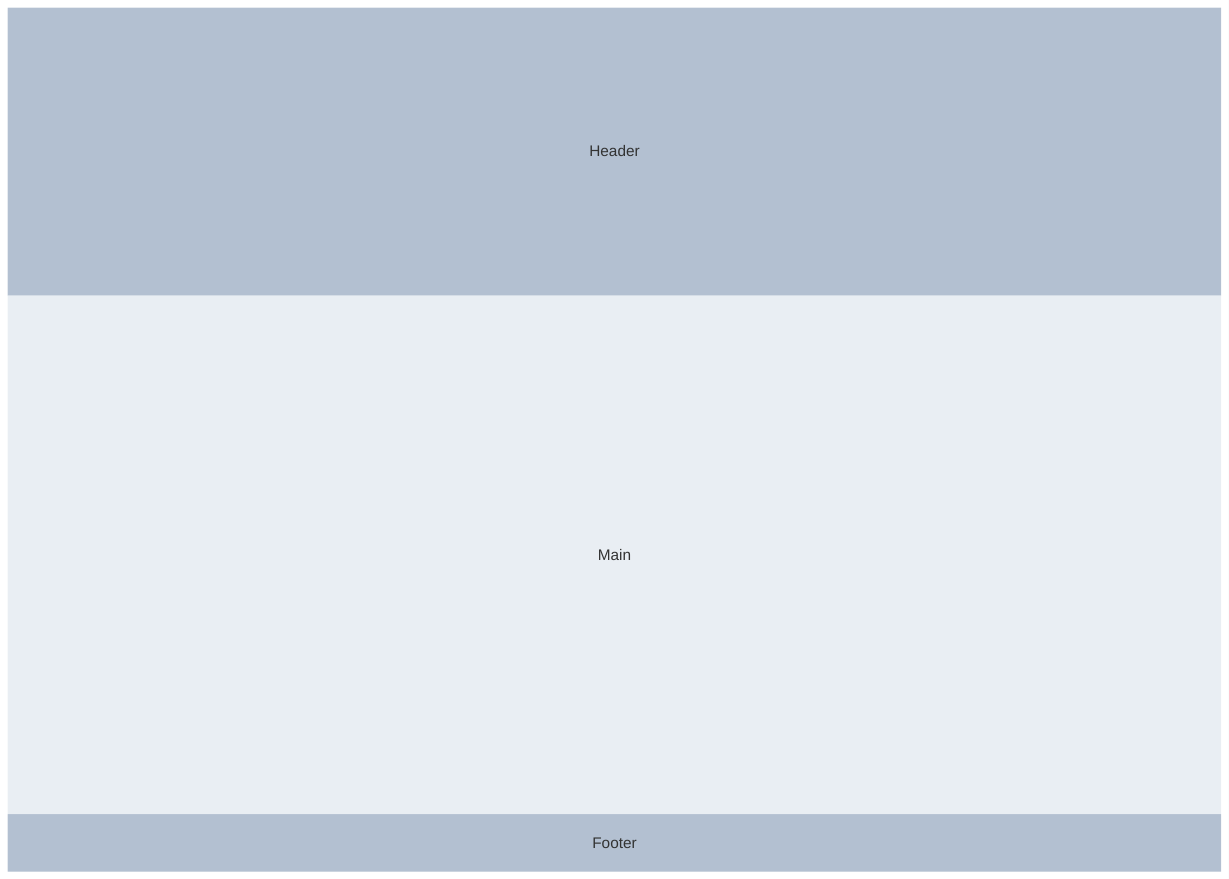
Repository: fisher002/airlease
Page: /
The author's editor kept a copy of each file at every save. The page is drawn from the files as they stood at one save, then again after the next save.
The browser window is 1280 px wide. The pictures show the whole page, at 96% of full size.
The project was rebuilt for these pictures with package versions that can differ from the ones it lists, and the page was loaded fresh each time.

Above is the page before, as saved 2020-03-17 19:30:58.

After the next save:
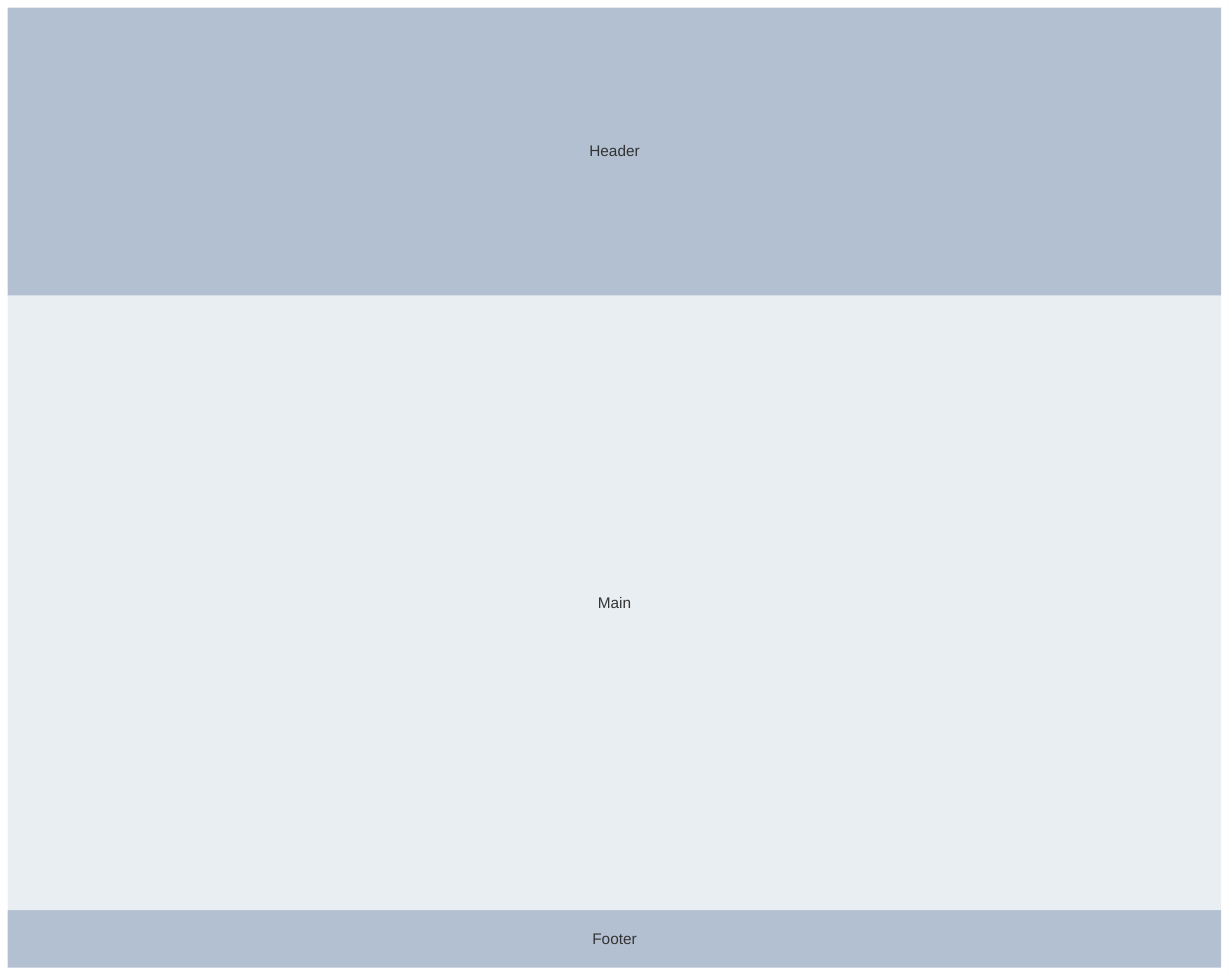
Saved 24 s later.
--- a/src/views/index/index.vue
+++ b/src/views/index/index.vue
@@ -38,6 +38,7 @@ export default {
   background-color: #e9eef3;
   color: #333;
   text-align: center;
-  line-height: 500px;
+  min-height: 600px;
+  line-height: 600px;
 }
 </style>
